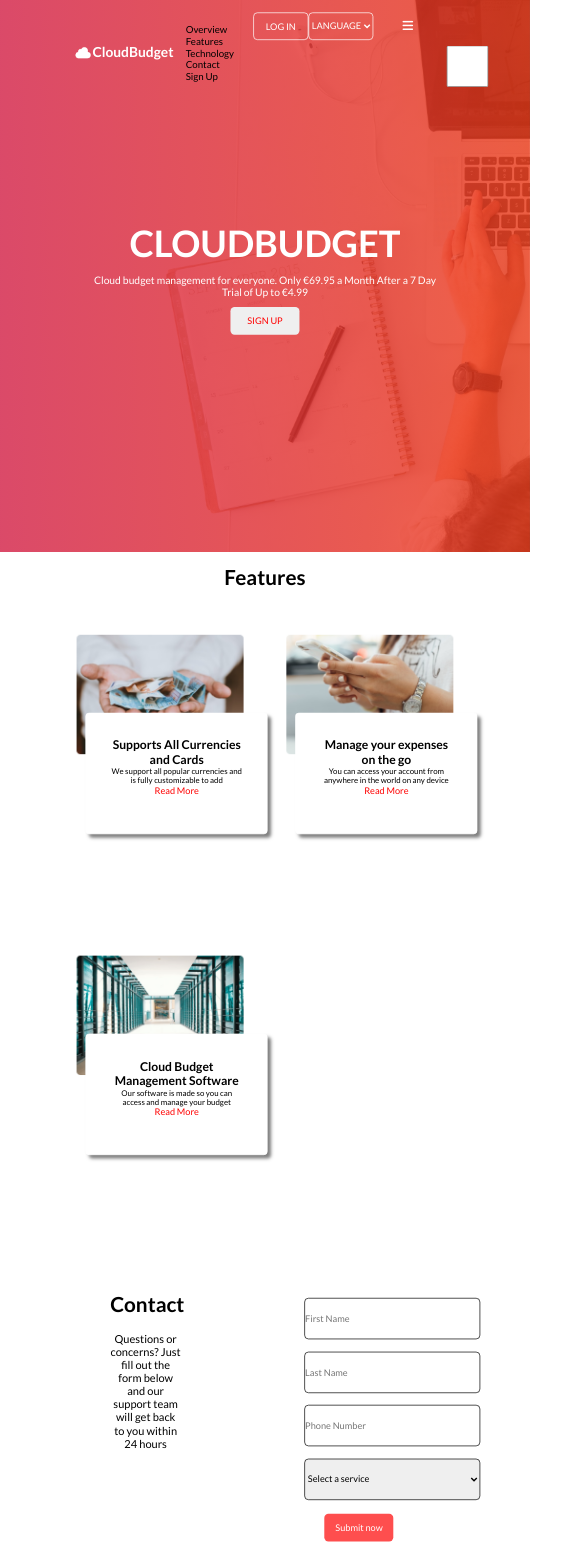
Repository: havvanurrana/website3
Page: index.html
An editor plug-in stored every save of this project. The page is shown before and after the next save, followed by the edit.
The browser window is 768 px wide. The page is 839 px wide, then 791 px, so the pictures cover 839 px, including what lies to the right of the window. The pictures show the whole page, at 69% of full size.

Above is the page before, as saved 2024-08-05 20:14:41.

After the next save:
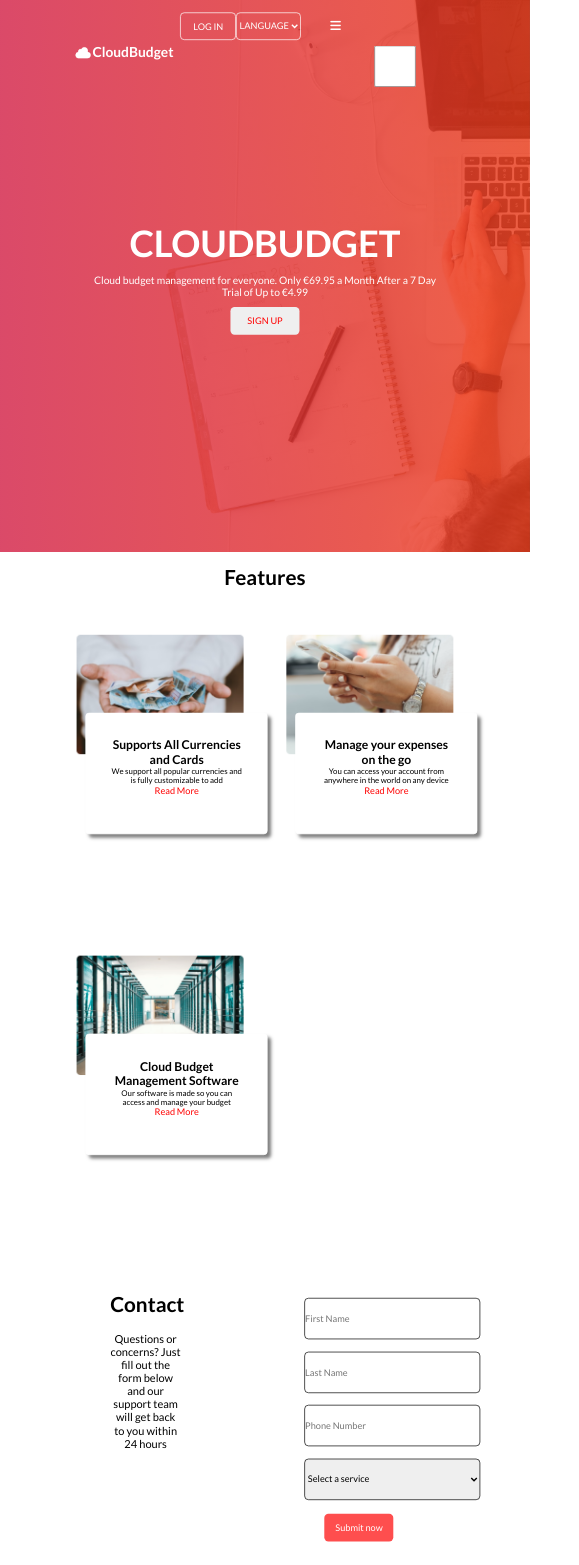
Saved 7 min 46 s later.
--- a/style.css
+++ b/style.css
@@ -251,37 +251,66 @@ input{
 }
 
 
-/* toggle menu ve responsive kısım*/
-#switch:checked + .navbar{
-   display: flex;
-   flex-wrap: wrap;
-   position: absolute;
-   top: 95%;
-   left: 55%;
-   background-color: white;
-   height: calc(100vh - 9rem);
-   width: 25rem;
-   right: -100%;
-   transition: right 0.3s ease;
-   color: black;
-   justify-content: center;
-}
-
-@media (max-width:1000px){
-   html{
-      font-size: 55%;
-   }
-}
-@media (max-width :800px){
-   #menu{
-      display: inline-block;
-   }
-  /* .header-menu .navbar {
-
-  }*/
-  .header-menu .navbar.active {
-      right: 0;
-  }
+/* Toggle menu ve responsive kısım */
+@media (max-width: 1000px) {
+   html {
+       font-size: 55%;
+   }
+}
+
+@media (max-width: 800px) {
+   #menu {
+       display: inline-block;
+   }
+
+   .header-menu .navbar {
+       display: none; /* Başlangıçta menü gizlenmiş olmalı */
+       flex-direction: column;
+       position: absolute;
+       top: 95%;
+       left: 55%;
+       background-color: white;
+       height: calc(100vh - 9rem);
+       width: 25rem;
+       right: -100%;
+       transition: right 0.3s ease;
+       color: black;
+       justify-content: center;
+   }
+
+   .header-menu .navbar.active {
+       display: flex; /* Toggle ile açılacak */
+       right: 0;
+   }
+
+   .toggle-menu button {
+       background: none;
+       border: none;
+       color: rgb(255, 255, 255);
+       font-size: 2rem;
+   }
+}
+
+ /*
+@media (max-width: 1200px) {
+   .navbar {
+       display: none;
+   }
+   .toggle-menu {
+       display: block;
+       left: 90%;
+       position: absolute;
+   }
+   .contact {
+      flex-direction: column;
+      align-items: center;
+}
+
+.contact-text, .contact div {
+      width: 100%;
+      padding: 0;
+      margin: 1rem 0;
+}
 
 .toggle-menu.active + .navbar {
    display: flex;
@@ -297,47 +326,8 @@ input{
 .toggle-menu button {
    background: none;
    border: none;
-   color: rgb(255, 255, 255);
+   color: white;
    font-size: 2rem;
 }
-}
- /*
-@media (max-width: 1200px) {
-   .navbar {
-       display: none;
-   }
-   .toggle-menu {
-       display: block;
-       left: 90%;
-       position: absolute;
-   }
-   .contact {
-      flex-direction: column;
-      align-items: center;
-}
-
-.contact-text, .contact div {
-      width: 100%;
-      padding: 0;
-      margin: 1rem 0;
-}
-
-.toggle-menu.active + .navbar {
-   display: flex;
-   flex-direction: column;
-   position: absolute;
-   top: 100%;
-   left: 0;
-   right: 0;
-   background-color: #333;
-   z-index: 1;
-}
-
-.toggle-menu button {
-   background: none;
-   border: none;
-   color: white;
-   font-size: 2rem;
-}
 
 }*/
